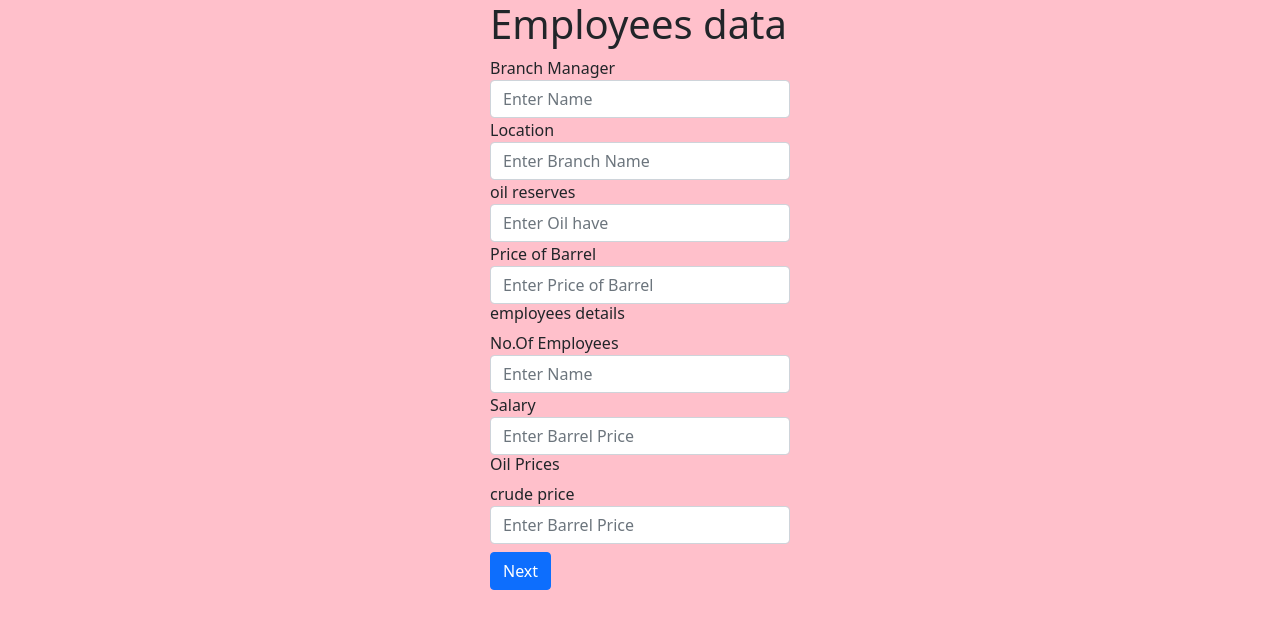
Repository: veerrajuMareddi/demo
Page: http://localhost/OilCorporation/views/save.jsp
An editor plug-in stored every save of this project. The page is shown before and after the next save, followed by the edit.
The browser window is 1280 px wide. The pictures show the whole page.
The page is served by Tomcat 9.

Above is the page before, as saved 2022-05-01 04:41:16.

After the next save:
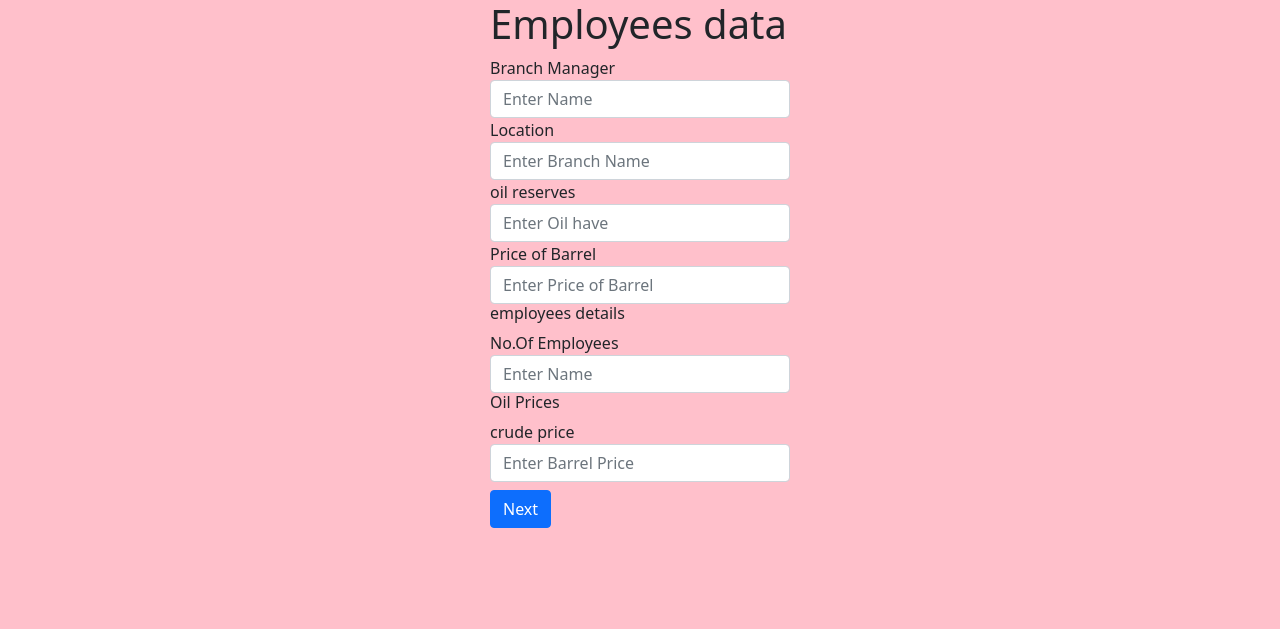
Saved 91 s later.
--- a/OilCorporation/src/main/webapp/views/save.jsp
+++ b/OilCorporation/src/main/webapp/views/save.jsp
@@ -50,10 +50,10 @@
     <label for="branchManager">No.Of Employees</label>
     <input type="number" class="form-control" name ="emp.toatalEmployees" id="branchManager" aria-describedby="emailHelp" placeholder="Enter Name">
    </div>
-  <div class="form-group">
+  <!-- <div class="form-group">
     <label for="exampleInputPassword1">Salary</label>
     <input type="number" class="form-control" name="emp.salary" id="oilReserves" placeholder="Enter Barrel Price">
-  </div>
+  </div> -->
   <h6>Oil Prices</h6>
     <div class="form-group">
     <label for="exampleInputPassword1"> crude price</label>
